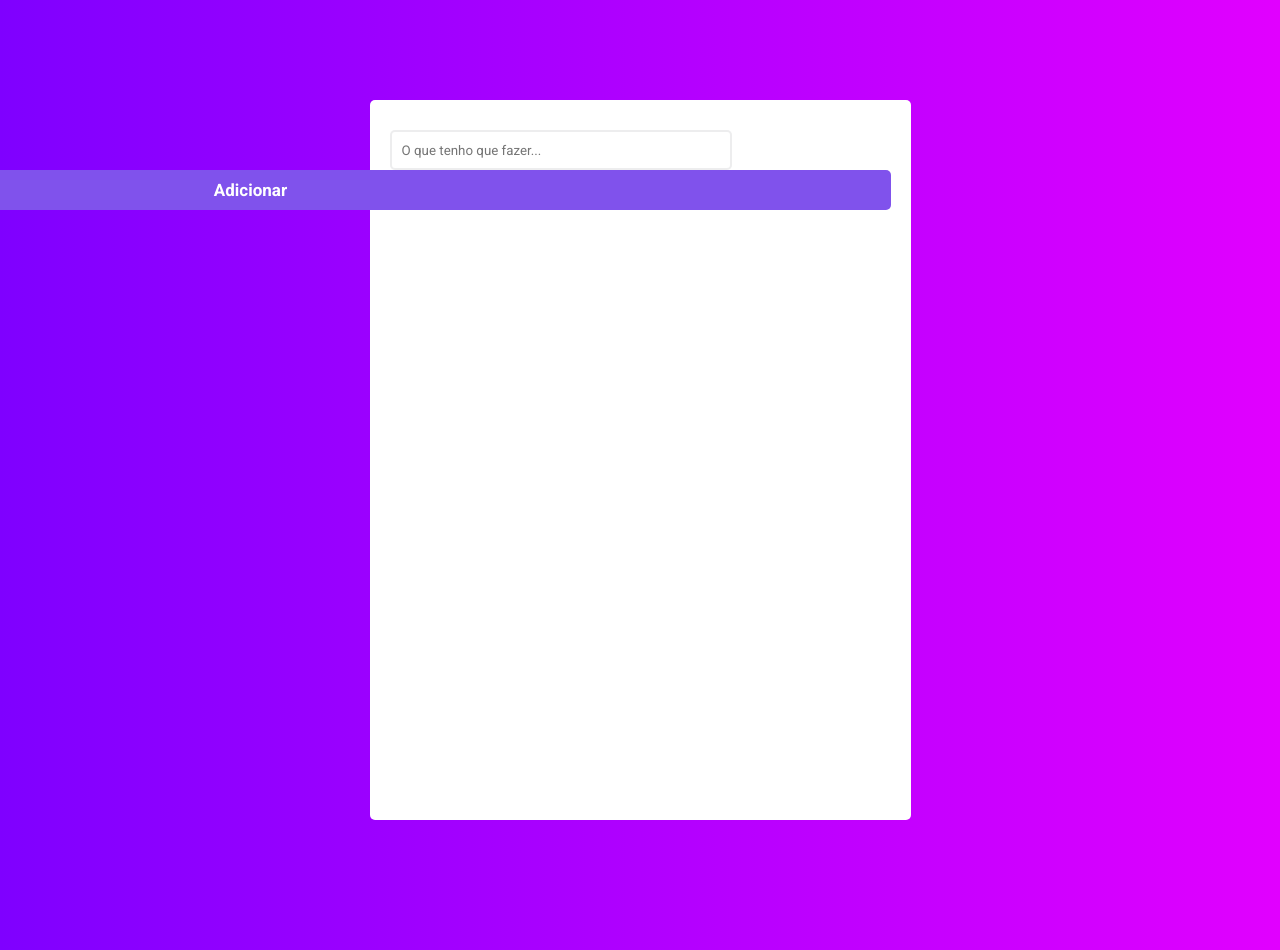
Repository: PLSR12/ToDoList
Page: index.html
An editor plug-in stored every save of this project. The page is shown before and after the next save, followed by the edit.
The browser window is 1280 px wide. The pictures show the whole page.
Some web libraries are served in a nearby version.

Above is the page before, as saved 2022-01-14 12:56:06.

### index.html
<!DOCTYPE html>
<html lang="pt-br">

<head>
    <meta charset="UTF-8">
    <meta http-equiv="X-UA-Compatible" content="IE=edge">
    <meta name="viewport" content="width=device-width, initial-scale=1.0">
    <script src="https://kit.fontawesome.com/7a5bd120bc.js" crossorigin="anonymous"></script>
    <link rel="stylesheet" href="./styles.css">
    <link rel="preconnect" href="https://fonts.googleapis.com">
    <link rel="preconnect" href="https://fonts.gstatic.com" crossorigin>
    <link href="https://fonts.googleapis.com/css2?family=Roboto:wght@100;400;700&display=swap" rel="stylesheet">
    <title> Lista de Tarefas </title>
</head>

<body>

    <div class="container">
        <input id="input-principal" placeholder="O que tenho que fazer...">

        <button id="botao-adicionar"> Adicionar </button>

        <ul id="tarefas">

        </ul>
    </div>

</body>

<script src="./scripts.js">

</script>

</html>

### styles.css

* {
    width: 100vw;
    height: 100vh;
    margin: 0;
    padding: 0;
    box-sizing: border-box;
    outline: none;
    font-family: 'Roboto', sans-serif;
}

body {
    background: linear-gradient(90deg, #7F00FF 0%, #E100FF 100%);
}


#botao-adicionar {
    background: #8052EC;
    border-radius: 5px;
    height: 40px;
    border: none;
    padding: 0 15px;
    color: #FFFFFF;
    font-size: 17px;
    cursor: pointer;
    float: right;
    font-weight: 700;
}

#botao-adicionar:hover{
    opacity: 0.8;
}

#botao-adicionar:active {
    opacity: 0.6;
}

.container {
    background: #FFFFFF;
    max-width: 541px;
    margin-bottom: 100px;
    border-radius: 5px;
    margin-top: 100px;
    margin-left: auto;
    margin-right: auto;
    padding: 30px 20px;
}

#input-principal {
    width: 342px;
    height: 40px;
    border: 2px solid rgba(209, 211, 212, 0.4);
    border-radius: 5px;
    padding-left: 10px;
}

#tarefas {
    width: 100%;
    list-style: none;
    margin-top: 60px;
}

.item-tarefa {
    background: #F2F2F2;
    box-shadow: 1px 4px 10px rgba(0, 0, 0, 0.2);
    border-radius: 5px;
    padding: 20px 45px;
    cursor: pointer;
    position: relative;
    margin-top: 30px;
}

.nome-tarefa {
    color: #000000;
    font-size: 15px;
}

.botao-delete {
    border: none;
    background: transparent;
    position: absolute;
    right: 0;
    top: 0;
    height: 100%;
    width: 40px;
    cursor: pointer;
    opacity: 0;
    transition: opacity 0.5s ease-in-out;
}

.fa-trash{
    color: red;
}

.botao-foguete {
    border: none;
    background: transparent;
    position: absolute;
    left: 0;
    top: 0;
    height: 100%;
    width: 40px;
    cursor: pointer;
    opacity: 0;
    transition: opacity 0.5s ease-in-out;
}

.fa-rocket {
    color:#4F0FC5;
}

.item-tarefa:hover .botao-delete{
    opacity: 1;
}

.item-tarefa:hover .botao-foguete{
    opacity: 1;
}

.concluido{
   background-color: #d4f88d;
   text-decoration: line-through;
}

### scripts.js
let input = document.getElementById("input-principal");
let button = document.getElementById("botao-adicionar");
let tarefa = document.getElementById("nome-tarefa-id");
let listaCompleta = document.getElementById("tarefas");

let arrayDeTarefas = [];
recarregarTarefas();

function mostrarTarefas() {
  let novaLi = "";

  arrayDeTarefas.forEach((tarefa, index) => {
    novaLi =
      novaLi +
      `
        <li class="item-tarefa ${tarefa.concluida == true ? "concluido" : ""} ">
            <button class="botao-foguete" onclick="concluirTarefa(${index})">
                <i class="fas fa-rocket"></i>
            </button>

            <p class="nome-tarefa ${
              tarefa.concluida == true ? "concluido" : ""
            }" id="nome-tarefa-id">${tarefa.tarefa}</p>

            <button class="botao-delete" onclick="deletarTarefa(${index})">
                <i class="fas fa-trash"></i>
            </button>
        </li>
`;
  });

  listaCompleta.innerHTML = novaLi;

  localStorage.setItem("lista", JSON.stringify(arrayDeTarefas));
}

function deletarTarefa(index) {
  arrayDeTarefas.splice(index, 1);

  mostrarTarefas();
}

function adicionarTarefa() {
  if (input.value) {
    arrayDeTarefas.push({
      tarefa: input.value,
      concluida: false,
    });
  } else {
    alert("Digite uma tarefa");
  }

  input.value = "";
  mostrarTarefas();
}

function concluirTarefa(index) {
  arrayDeTarefas[index].concluida = !arrayDeTarefas[index].concluida;

  mostrarTarefas();
}

function recarregarTarefas() {
  let minhasTarefas = localStorage.getItem("lista");

  if (minhasTarefas) {
    arrayDeTarefas = JSON.parse(minhasTarefas);

    mostrarTarefas();
  }
}

function adicionarPeloEnter(teclas) {
  if (teclas.key === "Enter") {
    adicionarTarefa();
  }
}

button.addEventListener("click", adicionarTarefa);

document.addEventListener("keypress", adicionarPeloEnter);

After the next save:
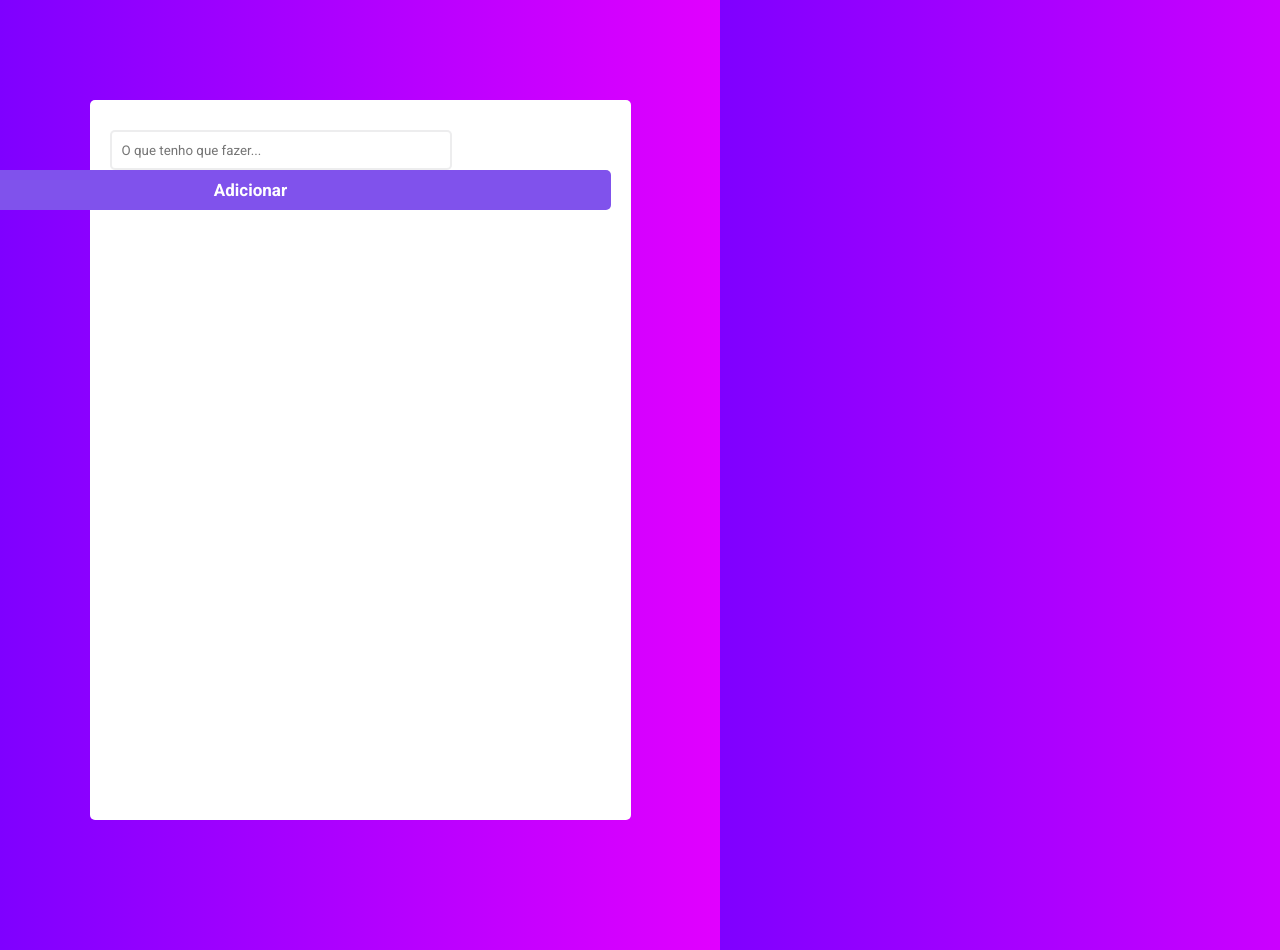
Saved 9 s later.
--- a/styles.css
+++ b/styles.css
@@ -1,6 +1,6 @@
 
 * {
-    width: 100vw;
+    width: 100vh;
     height: 100vh;
     margin: 0;
     padding: 0;
